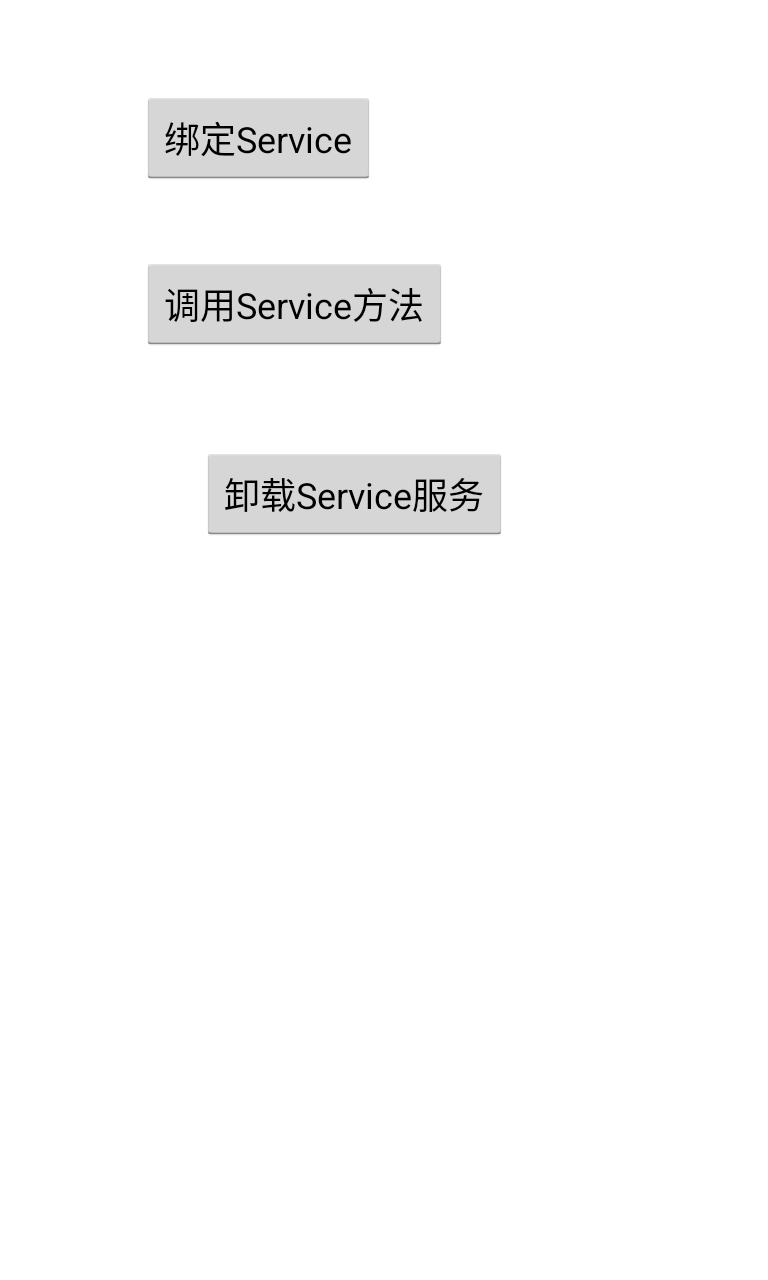
Repository: great-tiger/android-demo
Layout: android_service_activity_tran/res/layout/activity_main.xml
The author's editor kept a copy of each file at every save. The layout is drawn from the files as they stood at one save, then again after the next save.
It is drawn on a 768 x 1280 px phone screen (xhdpi) without system bars, with theme AppTheme; the app's code is not run.

Above is the layout before, as saved 2016-01-02 02:39:47.

### android_service_activity_tran/res/layout/activity_main.xml
<RelativeLayout xmlns:android="http://schemas.android.com/apk/res/android"
    xmlns:tools="http://schemas.android.com/tools"
    android:layout_width="match_parent"
    android:layout_height="match_parent"
    android:paddingBottom="@dimen/activity_vertical_margin"
    android:paddingLeft="@dimen/activity_horizontal_margin"
    android:paddingRight="@dimen/activity_horizontal_margin"
    android:paddingTop="@dimen/activity_vertical_margin"
    tools:context="com.example.android_service_activity_tran.MainActivity" >

    <Button
        android:id="@+id/button1"
        android:layout_width="wrap_content"
        android:layout_height="wrap_content"
        android:layout_alignParentLeft="true"
        android:layout_alignParentTop="true"
        android:layout_marginLeft="54dp"
        android:layout_marginTop="29dp"
        android:text="绑定Service" />

    <Button
        android:id="@+id/button2"
        android:layout_width="wrap_content"
        android:layout_height="wrap_content"
        android:layout_alignLeft="@+id/button1"
        android:layout_below="@+id/button1"
        android:layout_marginTop="35dp"
        android:text="调用Service方法" />

    <Button
        android:id="@+id/button3"
        android:layout_width="wrap_content"
        android:layout_height="wrap_content"
        android:layout_alignLeft="@+id/button2"
        android:layout_below="@+id/button2"
        android:layout_marginLeft="30dp"
        android:layout_marginTop="47dp"
        android:text="卸载Service服务" />

</RelativeLayout>

Loaded but not shown: android_service_activity_tran/res/values/styles.xml (common file); android_service_activity_tran/res/values-v11/styles.xml (common file); android_service_activity_tran/res/values-v14/styles.xml (common file); android_service_activity_tran/res/values/dimens.xml (common file); android_service_activity_tran/res/values-w820dp/dimens.xml (common file)

After the next save:
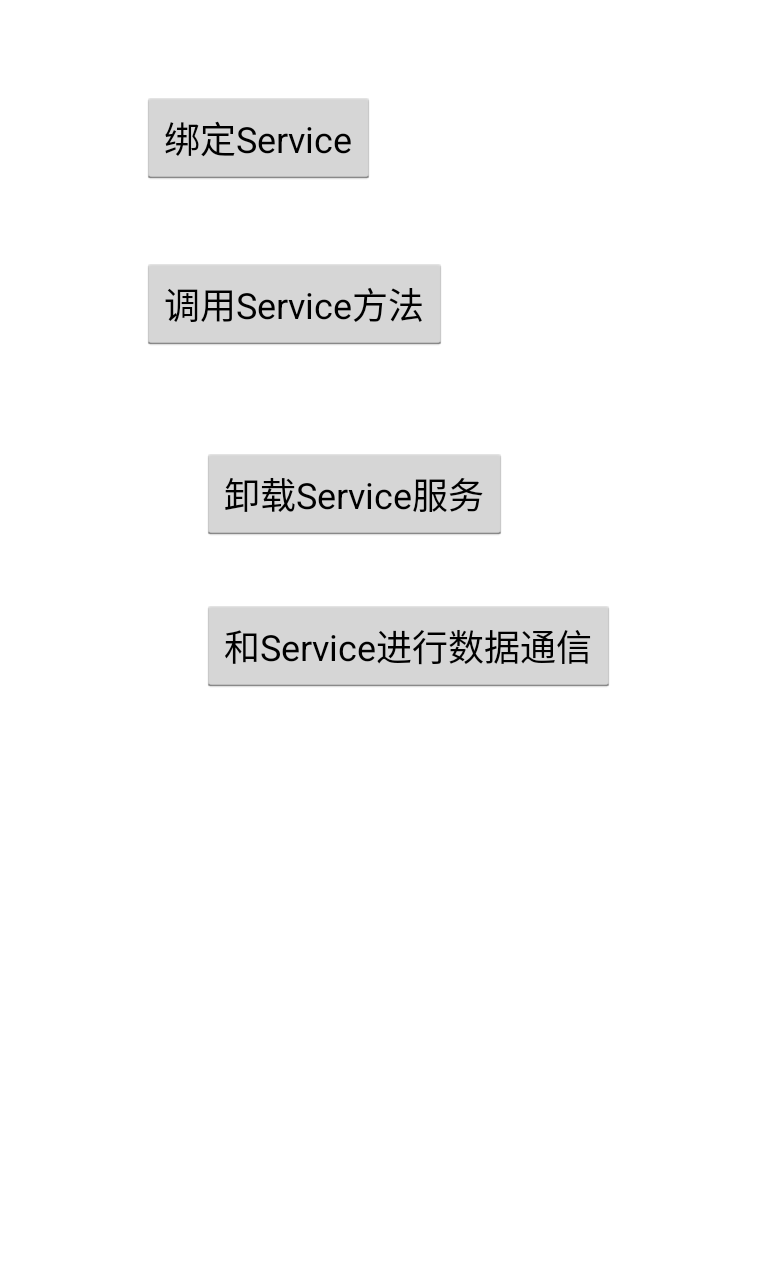
Saved 63 s later.
--- a/android_service_activity_tran/res/layout/activity_main.xml
+++ b/android_service_activity_tran/res/layout/activity_main.xml
@@ -37,4 +37,13 @@
         android:layout_marginTop="47dp"
         android:text="卸载Service服务" />
 
+    <Button
+        android:id="@+id/button4"
+        android:layout_width="wrap_content"
+        android:layout_height="wrap_content"
+        android:layout_alignLeft="@+id/button3"
+        android:layout_below="@+id/button3"
+        android:layout_marginTop="28dp"
+        android:text="和Service进行数据通信" />
+
 </RelativeLayout>
